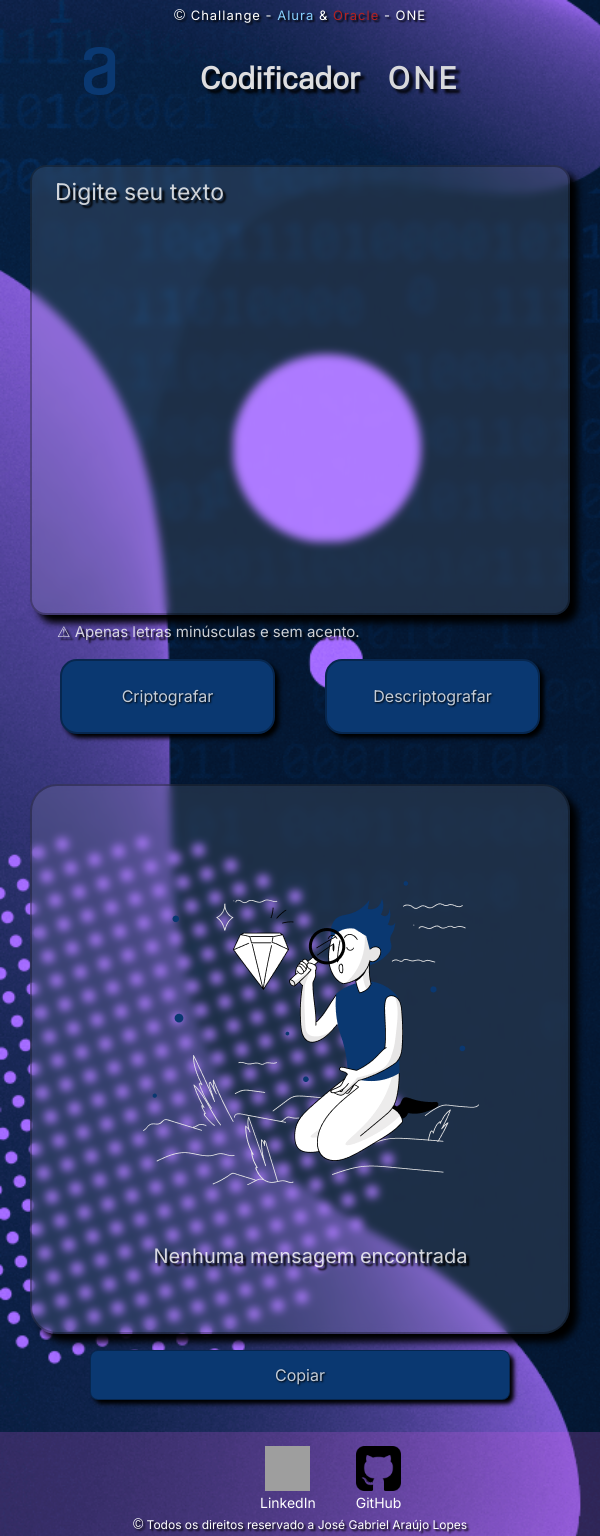
Repository: GabbrielLopes/Decodificador-ONE-Challange-Alura
Page: index.html
The author's editor kept a copy of each file at every save. The page is drawn from the files as they stood at one save, then again after the next save.
The browser window is 600 px wide. The pictures show the whole page.
Pictures or frames that could not be fetched are drawn as grey boxes.

Above is the page before, as saved 2022-05-11 23:11:41.

After the next save:
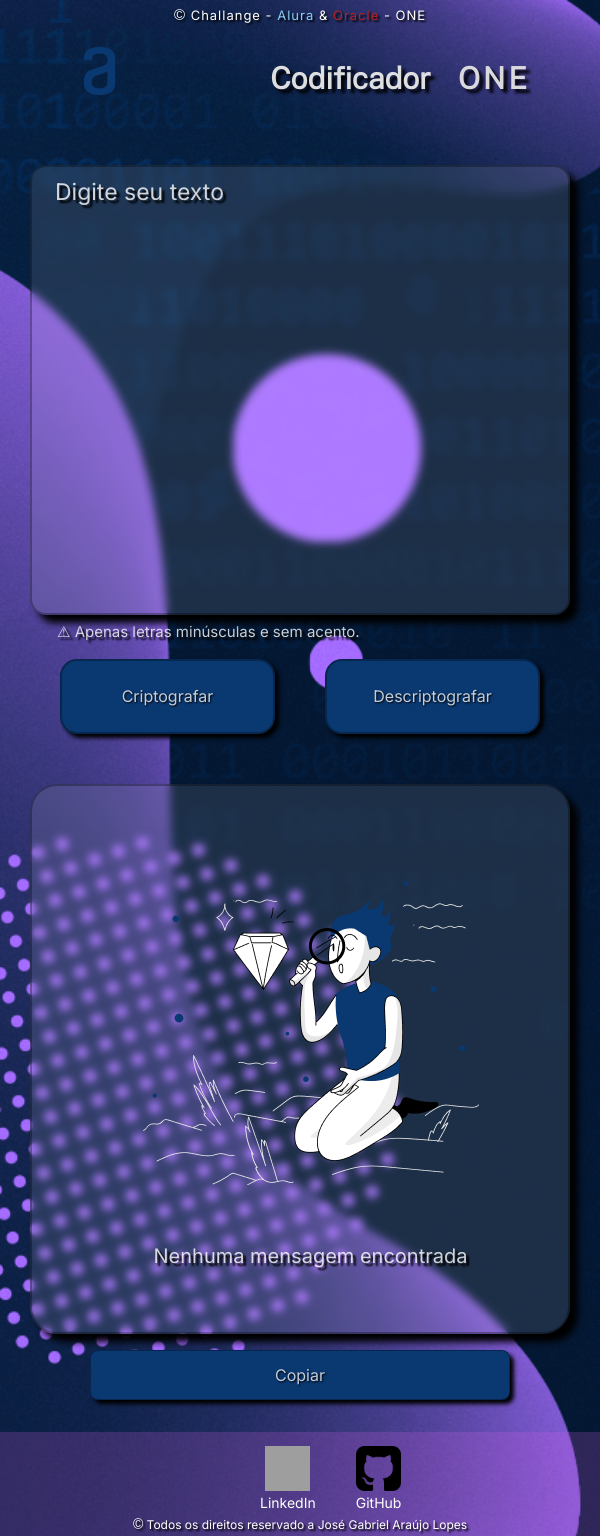
Saved 56 s later.
--- a/css/media.css
+++ b/css/media.css
@@ -1,7 +1,7 @@
 @media screen and (max-width: 760px) {
 
     header h2 {
-        margin: 0;
+        margin: auto;
         letter-spacing: normal;
         align-self: center;
     }
